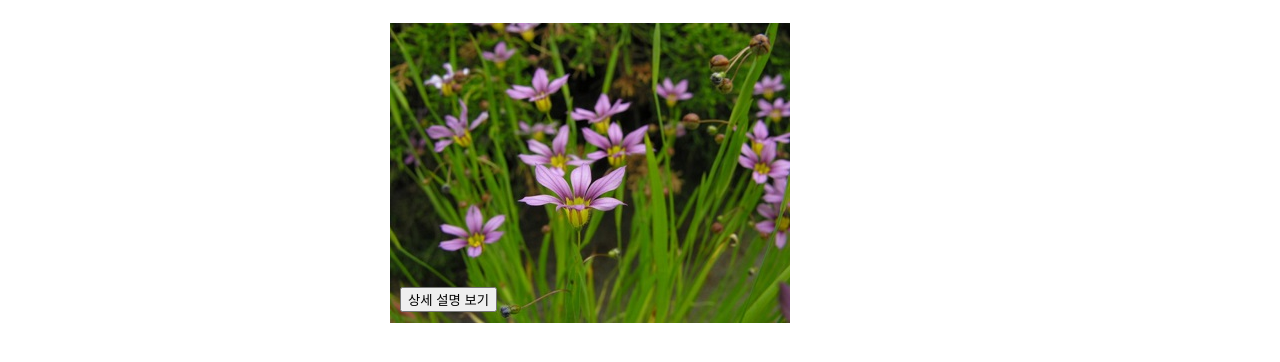
Repository: wjsjsn/23_webstudy
Page: 03_javascript/src/main/webapp/day02/Ex18_event.html
These files come from the project's save history. The page is drawn as it stood at one moment and after the next save; the edit follows.
The browser window is 1280 px wide. The pictures show the whole page.

Above is the page before, as saved 2023-06-28 07:45:04.

### 03_javascript/src/main/webapp/day02/Ex18_event.html
<!DOCTYPE html>
<html>
<head>
<meta charset="UTF-8">
<title>등심붓꽃</title>
<style type="text/css">
#item {
	position: relative;
	width: 500px;
	height: auto;
	padding: 15px 20px;
	margin: auto;
}

.over {
	position: absolute;
	left: 30px;
	bottom: 30px;
}

.detail {
	width: 400px;
	line-height: 1.8;
	display: none;
}
</style>
</head>
<body>
	<div id="item">
		<img src="../images/flower.jpg">
		<button class="over" id="open">상세 설명 보기</button>
		<div id="desc" class="detail">
			<h2>등심붓꽃</h2>
			<p>북아메리카 원산으로 각지에서 관상초로 흔히 심고 있는 귀화식물이다.
			길가나 잔디밭에서 흔히 볼 수 있다.
			아주 작은 씨앗을 무수히 많이 가지고 있는데 바람을 이용해 씨앗들을 날려보내거나,
			뿌리줄기를 통해 동일한 개체들을 많이 만들어 냄으로써 번식한다.</p>
			<button id="close">상세 설명 닫기</button>
		</div>
	</div>
</body>
</html>

After the next save:
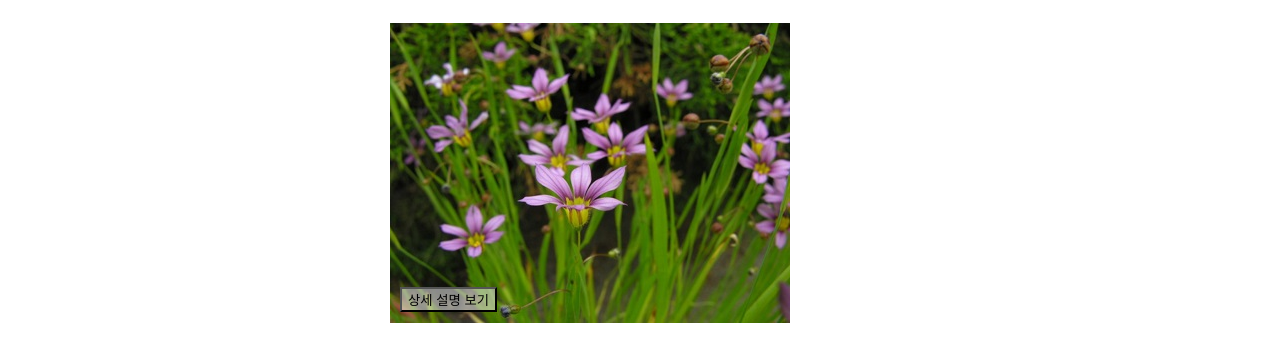
Saved 31 s later.
--- a/03_javascript/src/main/webapp/day02/Ex18_event.html
+++ b/03_javascript/src/main/webapp/day02/Ex18_event.html
@@ -23,6 +23,10 @@
 	line-height: 1.8;
 	display: none;
 }
+
+button {
+	background-color: rgba(255, 255, 255, 0.5);
+}
 </style>
 </head>
 <body>
